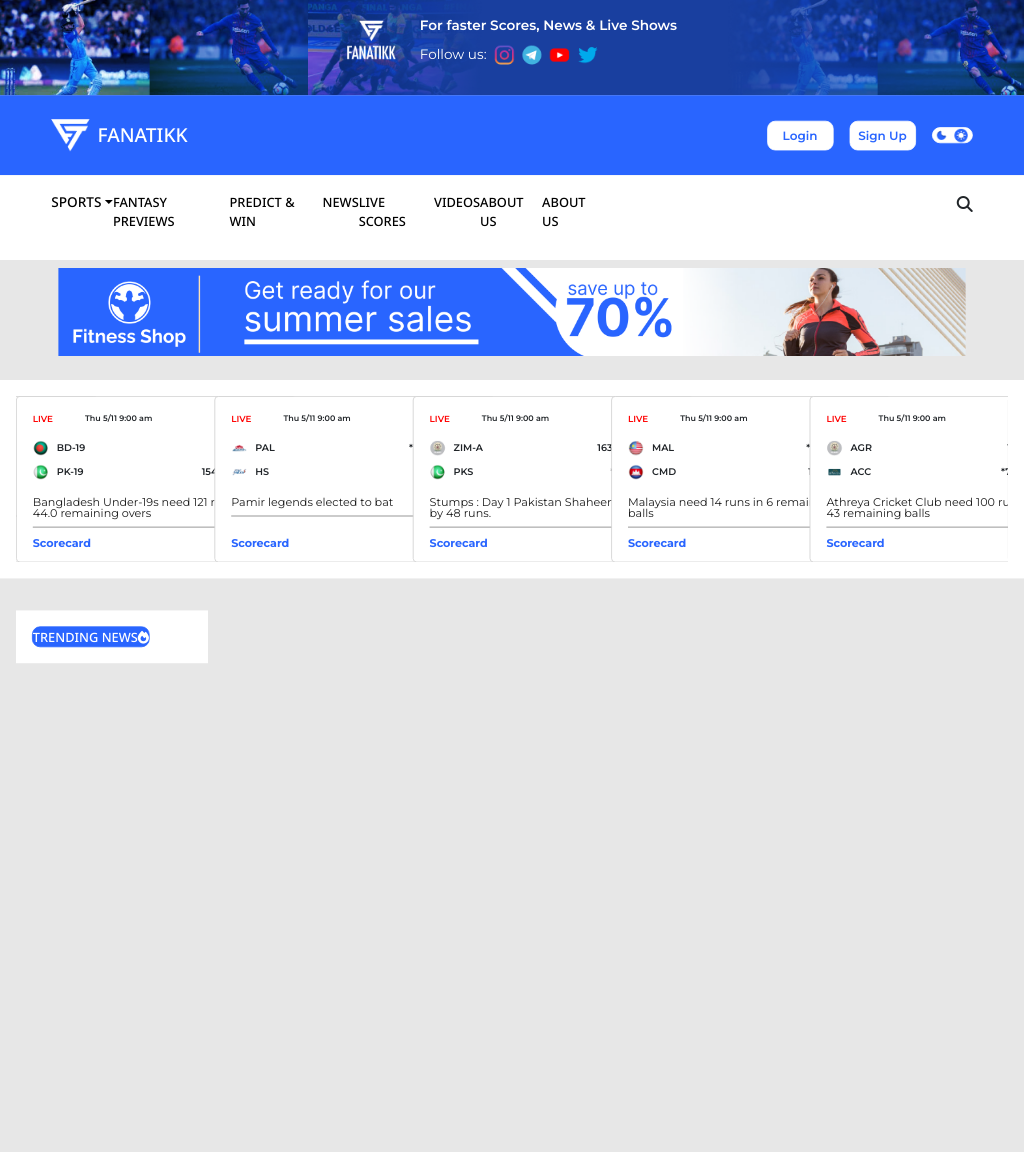
Repository: FlyweisReact/Kannapa
Page: /
These files come from the project's save history. The page is drawn as it stood at one moment and after a run of saves; the edit follows.
The browser window is 1280 px wide. The pictures show the whole page, at 80% of full size.
Some web libraries are served in a nearby version. The project was rebuilt for these pictures with package versions that can differ from the ones it lists, and the page was loaded fresh each time. Also part of the build but not shown: src/Components/Layout/Footer.js, src/Components/Sliders/Index-video-Slider.js, src/Components/firstScreen.jsx, src/Components/secondScreen.jsx, src/Components/thirdScreen.jsx, src/Components/fourthScreen.jsx, src/CSS/Footer.css.

Above is the page before, as saved 2023-06-03 13:31:03.

### public/index.html
<!DOCTYPE html>
<html lang="en">
  <head>
    <meta charset="utf-8" />
    <link rel="icon" href="%PUBLIC_URL%/favicon.ico" />
    <meta name="viewport" content="width=device-width, initial-scale=1" />
    <meta name="theme-color" content="#000000" />
    <meta
      name="description"
      content="Web site created using create-react-app"
    />
    <link rel="apple-touch-icon" href="%PUBLIC_URL%/logo192.png" />

    <link rel="manifest" href="%PUBLIC_URL%/manifest.json" />
    <link href="https://fonts.googleapis.com/css2?family=Roboto+Mono:ital,wght@1,300&display=swap" rel="stylesheet">
    <title>React App</title>
  </head>
  <body>
    <noscript>You need to enable JavaScript to run this app.</noscript>
    <div id="root"></div>
    <script src="https://code.jquery.com/jquery-3.6.0.min.js"></script>
    <script src="https://kit.fontawesome.com/b533b351e4.js" crossorigin="anonymous"></script>
  </body>
</html>

### src/index.js
import React from 'react';
import ReactDOM from 'react-dom/client';
import './index.css';
import App from './App';
import {BrowserRouter} from "react-router-dom";
import 'bootstrap/dist/css/bootstrap.min.css';
import 'slick-carousel/slick/slick.css';
import 'slick-carousel/slick/slick-theme.css';

const root = ReactDOM.createRoot(document.getElementById('root'));
root.render(
  <React.StrictMode>
    <BrowserRouter>
      <App />
    </BrowserRouter>
  </React.StrictMode>
);

### src/index.css
/* Fonts */
@font-face {
  font-family:  Noto Sans;
  src: url(../Fonts/NotoSans-Medium.ttf);
}
@font-face {
  font-family:  Montserrat;
  src: url(../Fonts/Montserrat-Italic-VariableFont_wght.ttf);
}
@font-face {
  font-family:  MontserratNormal;
  src: url(../Fonts/Montserrat-VariableFont_wght.ttf);
}
@font-face {
  font-family:  Inter;
  src: url(../Fonts/Inter-VariableFont_slnt\,wght.ttf);
}

/* Var() */
:root {
  --mediumFont: 24px;
}


body {
  margin: 0;
  font-family: NOto Sans;
  background-color: #e7e7e7 !important;
}
* {
  padding: 0;
  margin: 0;
  font-family: Noto Sans;
}
code {
  font-family:Noto Sans;
}
html{
  font-family: Noto Sans;
}

/* === first screen styling ====*/



.second1 {
  display: flex;
  justify-content: space-between;
  margin-left: 5%;
  width: 90%;
  margin-top: 30px;
  gap: 20px;
}
.second1l {
  width: 70%;
}
.second2 {
  background-color: #fff;
}
.second2 img {
  width: 100%;
}
.second2 p {
  font-family: "Segoe UI";
  font-style: normal;
  font-weight: 400;
  font-size: 19.5298px;
  line-height: 25px;
  text-align: left;
  color: #1d1d1d;
}

.second2 h2 {
  font-family: "Segoe UI";
  font-style: normal;
  font-weight: 700;
  font-size: 30.8351px;
  line-height: 53px;
  text-align: left;
  color: #1d1d1d;
}

.second2 h5 {
  font-family: "Segoe UI";
  font-style: normal;
  font-weight: 400;
  font-size: 20.6316px;
  line-height: 39px;
  text-align: left;
  color: #1d1d1d;
  margin: 5px;
}
.second2 h6 {
  text-align: left;
  font-weight: 400;
  font-size: 21.3053px;
  line-height: 29px;
  margin-top: 5px;
}
.sp {
  color: #2965ff;
}
.second1r {
  width: 30%;
}
.second3 {
  background-color: #fff;
  width: 100%;
  box-shadow: 0px 3.6px 7.2px rgba(0, 0, 0, 0.08);
  border-radius: 12px;
}
.second3 button {
  width: 123.8px;
  height: 44.2px;
  background: #2965ff;
  border-radius: 12px;
  color: #fff;
  border: none;
  margin-left: 0px;
  margin-top: 5px;
  margin-bottom: 5px;
}

.second4 {
  margin: 2px;
}
.second4 img {
  width: 100%;
  height: 200px;
  display: flex;
  flex-direction: column;
}
.second4 h6 {
  font-family: "Montserrat";
  font-style: normal;
  font-weight: 900;
  font-size: 13.2px;
  line-height: 17px;
  text-align: left;
  color: #1d1d1d;
  margin-top: 8px;
}
.second4 h3 {
  font-family: "Montserrat";
  font-style: normal;
  font-weight: 600;
  font-size: 22px;
  line-height: 31px;
  text-align: left;
  color: #1d1d1d;
  margin-top: 10px;
}

.horizontal {
  border: 1px solid #e6e6e6;
}

.second5 {
  display: flex;
  justify-content: space-between;
  margin-top: 10px;
  gap: 10px;
  width: 100%;
}
.second5l {
  width: 49%;
}
.second5r {
  width: 49%;
}
.second5l img {
  width: 100%;
  padding: 10px;
  border-radius: 12px;
}
.second5r {
  padding: 10px;
}
.second5r h6 {
  font-family: "Montserrat";
  font-style: normal;
  font-weight: 900;
  font-size: 13.2px;
  line-height: 17px;
  text-align: left;
  color: #1d1d1d;
}
.second5r p {
  font-family: "Montserrat";
  font-style: normal;
  font-weight: 600;
  font-size: 20.6px;
  line-height: 26px;
  text-align: left;
  color: #1d1d1d;
  margin-top: 5px;
}

.second6 {
  margin-top: 20px;
  width: 100%;
}
.second6 img {
  width: 100%;
}
.sec3 {
  margin-top: 40px;
}
.sec2 {
  margin-top: 40px;
}

.third1 {
  display: block;
  justify-content: center;
  gap: 20px;
  width: 90%;
  margin: auto;
  margin-top: 40px;

  background-color: #fff;
}
.third2 {
  width: 10%;
  height: 40px;
  background: #2965ff;
  border-radius: 4px;
  border: none;
  margin-top: 10px;
  margin-bottom: 10px;
  margin-right: 10px;
  color: #fff;
  font-family: "Noto Sans";
  font-style: normal;
  font-weight: 700;
  font-size: 14px;
  line-height: 19px;
  color: #ffffff;
}

.third3 {
  width: 10%;
  height: 40px;
  background: #bfbfbf;
  border-radius: 4px;
  border: none;
  margin-top: 10px;
  margin-bottom: 10px;
  margin-right: 10px;
  color: #fff;
  font-family: "Noto Sans";
  font-style: normal;
  font-weight: 700;
  font-size: 14px;
  line-height: 19px;
  color: #1d1d1d;
}

.third4 {
  display: flex;
  gap: 20px;
  justify-content: space-between;
  width: 90%;
  margin: auto;
  margin-top: 30px;
}
.third4l {
  width: 70%;
}
.third4r {
  width: 30%;
}
.third5 {
  display: flex;
  justify-content: space-between;
  background-color: #fff;
  height: 40px;
}
.third5 p {
  font-family: "Montserrat";
  font-style: normal;
  font-weight: 600;
  font-size: 16.7639px;
  line-height: 35px;
  margin-left: 20px;
  color: #1d1d1d;
  margin-bottom: 5px;
  margin-top: 10;
}
.third5 button {
  width: 10%;
  background: #2965ff;
  border-radius: 4px;
  border: none;
  color: #fff;
  height: 35px;
}
.third6 {
  display: grid;
  grid-template-columns: auto auto;
  margin-top: 20px;
  gap: 20px;
}
.third6itm {
  height: 100%;
  background: #ffffff;
  border: 1px solid #bfbfbf;
  box-shadow: 0px 2.21114px 4.42229px rgba(0, 0, 0, 0.08);
  border-radius: 11.0557px;
}
.third7 {
  display: flex;
  justify-content: space-between;
  width: 96%;
  margin: auto;
  margin-top: 20px;
}
.third7l {
  display: flex;
  gap: 10px;
}
.third7l img {
  height: 40px;
}
.third7 h5 {
  font-weight: 700;
  font-size: 20.478px;
  line-height: 21px;
  color: #000000;
  margin-top: 5px;
}
.third6itm h4 {
  font-family: "Arial";
  font-style: normal;
  font-weight: 600;
  font-size: 22.6891px;
  line-height: 22px;
  text-align: left;
  color: #000000;
  margin-top: 10px;
  margin-left: 6px;
}
.third6itm p {
  font-family: "Arial";
  font-weight: 400;
  font-size: 14.3724px;
  line-height: 20px;
  text-align: left;
  margin-top: 10px;
  margin-left: 6px;
  color: #2965ff;
}
.third6itm button {
  background: #2965ff;
  border-radius: 4.42229px;
  font-family: "Arial";
  font-style: normal;
  font-weight: 700;
  font-size: 24px;
  line-height: 19px;
  color: #ffffff;
  text-align: center;
  margin-top: 20px;
  width: 50%;
  height: 60px;
  border: none;
  margin-right: 46%;
}
.th5 {
  margin-top: 30px;
}

.third8 {
  background-color: #fff;
  border: 1px solid #bfbfbf;
}
.third9 {
  display: flex;
  justify-content: left;
  margin-left: 2%;
  margin-top: 10px;
}
.third9 button {
  background: #2965ff;
  border-radius: 10px;
  width: 30%;
  height: 40px;
  border: none;
  color: #fff;
}
.third10 {
  width: 95%;
  margin: auto;
  margin-top: 10px;
}
.third10 h4 {
  font-family: "Montserrat";
  font-style: normal;
  font-weight: 400;
  font-size: 24.1067px;
  line-height: 30px;
  text-align: left;
  color: #1d1d1d;
}
.third10 p {
  font-family: "Montserrat";
  font-style: normal;
  font-weight: 300;
  font-size: 14.9333px;
  line-height: 22px;
  text-align: left;
  color: #1d1d1d;
  margin-top: 12px;
}

.horizontal2 {
  width: 95%;
  margin: auto;
  border: 1px solid #bfbfbf;
  margin-top: 20px;
}
.third11 {
  margin-top: 20px;
  margin-bottom: 20px;
  font-family: "Montserrat";
  font-style: normal;
  font-weight: 700;
  font-size: 30.52px;
  line-height: 32px;
  color: #2965ff;
}

.third12 {
  margin-top: 30px;
  width: 100%;
}
.third12 img {
  width: 100%;
}

.third13 {
  margin-top: 30px;
  background-color: #fff;
}
.third14 {
  margin-top: 10px;
  width: 90%;
  margin: auto;
  display: flex;
}
.third14 button {
  border: none;
  background: #2965ff;
  border-radius: 10px;
  height: 40px;
  width: 40%;
  font-family: "Inter";
  font-style: normal;
  font-weight: 700;
  font-size: 15px;
  line-height: 25px;
  color: #ffffff;
}
.third15 {
  width: 90%;
  margin: auto;
  margin-top: 20px;
}
.third15 img {
  width: 100%;
}
.third15 h4 {
  font-family: "Montserrat";
  font-style: normal;
  font-weight: 700;
  font-size: 20.1067px;
  line-height: 26px;
  text-align: left;
  color: #1d1d1d;
  margin-top: 8px;
}
.third15 p {
  text-align: left;
  margin-top: 6px;
  font-family: "Montserrat";
  font-style: normal;
  font-weight: 300;
  font-size: 12.9333px;
  line-height: 32px;
  color: #1d1d1d;
}

.fourth1 {
  display: flex;
  width: 90%;
  margin: auto;
  margin-top: 30px;
  justify-content: space-between;
  gap: 20px;
}
.fourth1l {
  width: 70%;
}
.fourth1r {
  width: 30%;
}

.fourth2 {
  background: #0c1f4f;
}
.fourth3 {
  margin-top: 5px;
  padding-top: 10px;
  margin-left: 20px;
  display: flex;
  gap: 20px;
}
.fourth3 img {
  width: 50px;
}
.fourth3 h2 {
  font-family: "Noto Sans";
  font-style: normal;
  font-weight: 600;
  font-size: 20.04px;
  line-height: 25px;

  color: #ffffff;
}

.fourth3 p {
  font-family: "Noto Sans";
  font-style: normal;
  font-weight: 700;
  font-size: 15.48px;
  line-height: 18px;
  color: #ffffff;
  margin-bottom: 10px;
}

.fourth4 {
  background: #2965ff;
  box-shadow: 0px 1.64px 6.56px rgba(0, 0, 0, 0.08);
}

.fourth5 {
  display: flex;
  justify-content: space-between;
  margin-left: 5%;
  padding-top: 20px;
  width: 70%;
}
.fourth6 {
  display: flex;
  gap: 10px;
}
.fourth6 img {
  width: 50px;
  height: 50px;
}
.fourth6 h4 {
  margin-top: 10px;
  font-family: "Noto Sans";
  font-style: normal;
  font-weight: 700;
  font-size: 24.04px;
  line-height: 25px;
  color: #ffffff;
}
.fourth5 h2 {
  font-family: "Noto Sans";
  font-style: normal;
  font-weight: 700;
  font-size: 24.04px;
  line-height: 25px;
  color: #ffffff;
  margin-top: 10px;
}

.fourthP {
  margin-left: 15px;
  margin-top: 20px;
  padding-bottom: 20px;
  font-family: "Noto Sans";

  font-weight: 300;
  font-size: 18.3px;
  line-height: 22px;
  color: #ffffff;
}

.fourth7 {
  margin-top: 30px;
}
.fourth8 {
  width: 100%;
}
thead {
  background-color: #2965ff;
  height:30px;
  color: #fff;
}
.fourth9 {
  display: flex;
  gap: 10px;
}
.fourth9 img {
  width: 60px;
  height: 60px;
}
.fourth10 {
  display: flex;
  gap: 5px;
  flex-direction: column;
  margin-top: 12px;
}
.fourth10 h6{
  font-family: 'Noto Sans';
  font-style: normal;
  font-weight: 700;
  font-size: 15.9151px;
  line-height: 18px;
  color: #1D1D1D;
}
.fourth10 p{
  font-family: 'Noto Sans';
  font-style: normal;
  font-weight: 600;
  font-size: 13.6415px;
  line-height: 18px;

  color: rgba(29, 29, 29, 0.5);
  opacity: 0.5;
}

### src/CSS/Navbar.css
/**
 * === navbar styling ====
 *
 * @format
 */
.Stick-navbar{
    height: 100%;
    transition: box-shadow 0.3s ease;
    height: 100px;
}
.Navbar {
  display: flex;
  justify-content: space-between;
  background: #2965ff;
  padding: 20px;
  width: 100%;
  gap: 20px;
  position: fixed !important;
  top: 0;
  z-index: 999;
  transition: box-shadow 0.3s ease;
  align-items: center;
}

.Navbar .Left_Container {
  width: 30%;
}
.Navbar .Left_Container .Logo_Div {
  display: flex;
  gap: 10px;
  justify-content: center;
  align-items: center;
}
.Navbar .Left_Container .Logo_Div p {
  color: #fff;
  font-size: var(--mediumFont);
  margin: 0;
}
.Navbar .Left_Container .Logo_Div img {
  width: 47.73px;
  height: 40px;
}

.Navbar .Right_Container {
  width: 70%;
  display: flex;
  justify-content: center;
  gap: 40px;
}
.Navbar .Right_Container .Item {
  display: flex;
  justify-content: baseline;
}

.Navbar .Right_Container .Item p {
  font-size: 16px;
  cursor: pointer;
  color: #ffffff;
  padding-top: 2px;
}

.Navbar .Right_Container .Item .DropDown {
  border: none;
  color: #fff;
  font-size: 17px;
  cursor: pointer;
  color: #ffffff;
  margin: 0;
  padding: 0;
}
.Navbar .Right_Container .Item .fa-magnifying-glass {
  color: #fff;
  font-size: 18px;
  cursor: pointer;
  padding-top: 7px;
}
.Navbar .Right_Container .Item .Toggle{
  width: 51.43px;
  height: 19.03px;
  display: flex;
  justify-content: space-between;
  align-items: center;
  padding-left: 5px;
  padding-right: 5px;
  border-radius: 10px;
  background-color: #fff;
  border: 1px solid #fff;
  cursor: pointer;
  align-items: center;
  margin-top: 8px;
}


/* Header 2 */
.Header1 {
  background-image: url("../../public/Images/22.png");
  color: #ffffff;
  width: 100%;
  background-repeat: no-repeat;
  background-size: cover;
  height: 119px;
  padding: 20px;
}
.Header1 .Main {
  display: flex;
  align-items: center;
  justify-content: center;
  gap: 30px;
}
.Header1 .Main p {
  margin: 0;
}
.Header1 .Main .Head {
  font-family: MontserratNormal;
  font-weight: 600;
  font-size: 17px;
  color: #ffffff;
}

.Header1 .Main .Two {
  display: flex;
  gap: 10px;
  margin-top: 10px;
  align-items: center;
}
.Header1 .Main .Two p {
  font-family: MontserratNormal;
  font-style: normal;
  font-weight: 400;
  font-size: 17px;
  line-height: 17px;
  color: #ffffff;
}
.Header1 .Main .Social {
  display: flex;
  gap: 10px;
  align-items: center;
}

/* Fading Navbar */

.Fading_Nav {
  display: flex;
  justify-content: space-between;
  background: #2965ff;
  padding: 30px;
  width: 100%;
  gap: 20px;
  align-items: center;
  padding-left: 5%;
  padding-right: 5%;
}

.Fading_Nav .Left_Container {
  width: 30%;
}
.Fading_Nav .Left_Container .Logo_Div {
  display: flex;
  gap: 10px;
  justify-content: flex-start;
  align-items: center;
}
.Fading_Nav .Left_Container .Logo_Div p {
  color: #fff;
  font-size: var(--mediumFont);
  margin: 0;
}
.Fading_Nav .Left_Container .Logo_Div img {
  width: 47.73px;
  height: 40px;
}

.Fading_Nav .Right_Container {
  width: 70%;
  display: flex;
  justify-content: flex-end;
  gap: 20px;
  align-items: center;
}
.Fading_Nav .Right_Container button {
  font-family: MontserratNormal;
  font-style: normal;
  font-weight: 600;
  width: 83px;
  height: 37px;
  border-radius: 10px;
  font-size: 15px;
  line-height: 19px;
  color: #2965ff;
  background-color: #fff;
  border: 1px solid #fff;
  cursor: pointer;
}
.Fading_Nav .Right_Container .Toggle {
  width: 51.43px;
  height: 19.03px;
  display: flex;
  justify-content: space-between;
  align-items: center;
  padding-left: 5px;
  padding-right: 5px;
}


/* Fading Category */
.Fading_Category{
    display: flex;
    justify-content: space-between;
    padding: 20px;
    background-color: #fff;
    padding-left: 5%;
    padding-right: 5%;
}
.Fading_Category .Left_Container {
    display: flex;
    justify-content: space-between;
    width: 60%;
}

.Fading_Category .Left_Container .Item {
    display: flex;
    justify-content: baseline;
  }

  .Fading_Category .Left_Container .Item p {
    font-size: 16px;
    cursor: pointer;
    color: #000;
    padding-top: 2px;
  }

  .Fading_Category .Left_Container .Item .DropDown {
    border: none;
    font-size: 17px;
    cursor: pointer;
    color: #000;
    margin: 0;
    padding: 0;
    border: none;
  }

.Fading_Category .Right_Container i{
    font-size: 20px;
    padding-top: 7px;
}


/* Fading Effect */
.HomePage{
    min-height: 200vh;
}
.fade-out{
    opacity: 0;
    transition: opacity 0.5s;
    height: 0;
    overflow: hidden;
}
.fade-in{
    opacity: 1;
    transition: opacity 0.5s;
    height: auto;
    overflow: hidden;
    width: 100%;
}

### src/CSS/Component.css
/** @format */

/* Fading Header */

/* Home Screen */
.Index_Center_Banner {
  width: 100%;
  padding: 10px;
}

.Index_Center_Banner img {
  width: 90%;
  display: block;
  margin: auto;
}

.Index_Center_GIF {
  width: 100%;
  padding: 10px;
}

.Index_Center_GIF img {
  width: 90%;
  display: block;
  margin: auto;
  height: 500px;
}

.Index_Center_Desc {
  display: flex;
  width: 90%;
  padding: 10px;
  margin: auto;
}

.Index_Center_Desc .Main_Comp {
  text-align: left;
}
.Index_Center_Desc .Main_Comp .head {
  font-size: 36px;
  color: #1d1d1d;
  text-shadow: 0px 1px 1px rgba(37, 37, 37, 0.5);
  margin: 0;
}

.Index_Center_Desc .Main_Comp .Two_Sec {
  display: flex;
  gap: 10px;
  align-items: flex-start;
}
.Index_Center_Desc .Main_Comp .Two_Sec img {
  height: 20px;
  margin-top: 4px;
}

.Index_Center_Desc .Main_Comp .Two_Sec p {
  color: rgba(29, 29, 29, 0.6);
  text-shadow: 0px 1px 1px rgba(37, 37, 37, 0.5);
  font-style: italic;
}

.Index_Center_Desc .Main_Comp .desc p {
  font-size: 16px;
  line-height: 24px;
  align-items: center;
  color: rgba(29, 29, 29, 0.6);
  max-width: 60%;
  font-style: italic;
  margin: 0;
}
.first5 p u {
  color: #333;
}

.Index_Logo_Div {
  display: flex;
  justify-content: space-between;
  align-items: center;
  width: 90%;
  margin: auto;
  padding-top: 10px;
  padding-bottom: 10px;
}
.Index_Logo_Div .Left_Comp {
  display: flex;
  gap: 10px;
  align-items: center;
}
.Index_Logo_Div .Right_Comp img {
  cursor: pointer;
}

.Index_Video_Slider {
  width: 90%;
  display: block;
  margin: auto;
  padding-top: 10px;
  padding-bottom: 10px;
}

.Video_Slider {
  width: 100%;
  /* padding: 20px; */
  display: block;
  margin: auto;
}
.Video_Slider .Main_Item {
  background: #ffffff;
  border: 1px solid #1d1d1d;
  border-radius: 10px;
  height: 400px;
}
.Video_Slider .Main_Item img {
  width: 100%;
  border-radius: 10px 10px 0px 0px;
}
.Video_Slider .Main_Item p {
  padding: 10px;
  font-family: Montserrat;
  font-size: 15px;
  line-height: 18px;
  color: #1d1d1d;
}
.Video_Slider .Main_Item:focus {
  outline: none;
}

.Index_Center_Button {
  width: 90%;
  display: block;
  margin: auto;
  padding-top: 10px;
  padding-bottom: 10px;
  margin-top: 2%;
  position: relative;
}
.Index_Center_Button button {
  font-family: Montserrat;
  font-size: 16px;
  line-height: 20px;
  text-transform: uppercase;
  width: 256px;
  color: #ffffff;
  background: #2965ff;
  border: 1px solid #2965ff;
  border-radius: 25px;
  padding: 10px;
  display: block;
  margin: auto;
}

.Index_Center_Button .empty {
  height: 4px !important;
  position: absolute;
  top: 50%;
  left: 50%;
  transform: translate(-50%, -50%);
  z-index: -1;
  background-color: #2965ff;
  width: 100%;
}

.Index_Three_Cont {
  width: 90%;
  display: grid;
  grid-template-columns: auto auto auto;
  gap: 20px;
  margin: auto;
  padding-top: 20px;
}
.Index_Three_Cont .Main_Component .head {
  font-family: Montserrat;
  font-style: normal;
  font-weight: 700;
  font-size: 22.3418px;
  line-height: 30px;
  color: #1d1d1d;
}
.Index_Three_Cont .Main_Component img {
  width: 100%;
}
.Index_Three_Cont .Main_Component .desc {
  font-family: Montserrat;
  font-style: normal;
  font-weight: 300;
  font-size: 15.9584px;
  line-height: 40px;
}

/* Score_Card_Slider */
.ScoreCard_Slider {
  background-color: #ffffff;
  padding: 20px;
  margin-top: 20px;
  margin-bottom: 20px;
}
.ScoreCard_Slider .Main_Item {
  border: 1px solid #cfcfcf;
  background-color: #fff;
  border-radius: 5px;
  padding: 20px;
  width: 350px !important;
  height: 208px !important;
  position: relative;
}
.ScoreCard_Slider .Main_Item .two_Sec {
  display: flex;
  gap: 40px;
  align-items: center;
  margin-bottom: 20px;
}
.ScoreCard_Slider .Main_Item .two_Sec p {
  margin: 0;
  font-family: MontserratNormal;
  font-style: normal;
  font-weight: 600;
  font-size: 10px;
  line-height: 14px;
}
.ScoreCard_Slider .Main_Item .two_Sec .first {
  margin: 0;
  font-family: MontserratNormal;
  font-style: normal;
  font-weight: 600;
  font-size: 11px;
  line-height: 14px;
  color: #ff0000;
}
.ScoreCard_Slider .slick-next:before {
  display: none !important;
}

.ScoreCard_Slider .Main_Item .Flags_Div {
  display: flex;
  justify-content: space-between;
  align-items: center;
  gap: 10px;
  margin-top: 10px;
}

.ScoreCard_Slider .Main_Item .Flags_Div div {
  display: flex;
  gap: 10px;
  align-items: center;
}
.ScoreCard_Slider .Main_Item .Flags_Div div p {
  margin: 0;
  font-family: MontserratNormal;
  font-style: normal;
  font-weight: 600;
  font-size: 12px;
  line-height: 17px;
}
.ScoreCard_Slider .Main_Item .desc {
  color: #1d1d1d;
  font-family: MontserratNormal;
  font-style: normal;
  font-weight: 400;
  font-size: 14px;
  line-height: 14px;
  width: 90%;
  margin: 0;
  margin-top: 20px;
}
.ScoreCard_Slider .Main_Item .empty {
  background-color: #bfbfbf;
  width: 100%;
  height: 2px;
  margin-top: 10px;
}
.ScoreCard_Slider .Main_Item .Scorecard {
  font-family: MontserratNormal;
  font-style: normal;
  font-weight: 700;
  font-size: 14px;
  line-height: 14px;
  position: absolute;
  letter-spacing: -0.11px;
  color: #2965ff;
  bottom: 0;
}


/* Index_Three_Sec_Layout */
.Index_Three_Sec_Layout {
  width: 100%;
  padding: 20px;
  display: flex;
  gap: 20px;
}
.Index_Three_Sec_Layout  .left_Comp{
  width: 20%;
}
.Index_Three_Sec_Layout  .Mid_Comp{
  width: 60%;
}
.Index_Three_Sec_Layout  .Right_Comp{
  width: 20%;
}


.Index_Three_Sec_Layout  .left_Comp .Trading_News{
  background-color: #fff;
  padding: 20px;
}
.Index_Three_Sec_Layout  .left_Comp .Trading_News button{
  background-color: #2965FF;
  color: #fff;
  border: 1px solid #2965FF;
  text-transform: uppercase;
  border-radius: 10px;
}

### src/Components/Layout/FadingNav/Header1.js
/** @format */

import React from "react";

const Header1 = () => {
  return (
    <>
      <div className="Header1">
        <div className="Main">
          <img src="./Images/23.png" alt="" />

          <div>
          <p className="Head">For faster Scores, News & Live Shows</p>

          <div className="Two">
            <p>Follow us: </p>
            <div className="Social">
              <img src="./Images/12.png" alt="" />
              <img src="./Images/13.png" alt="" />
              <img src="./Images/14.png" alt="" />
              <img src="./Images/15.png" alt="" />
            </div>
          </div>
          </div>

        </div>
      </div>
    </>
  );
};

export default Header1;

Loaded but not shown: src/App.css (common file); src/Components/Sliders/ScoreCard.js (443 lines, source omitted); src/Components/Layout/Navbar.js (71 lines, source omitted); src/Pages/HomeScreen.js (66 lines, source omitted); src/Components/Layout/FadingNav/FadingCategory.js (57 lines, source omitted); src/App.js (32 lines, source omitted); src/Components/Layout/FadingNav/FadingNav.js (27 lines, source omitted)

After the next 2 saves:
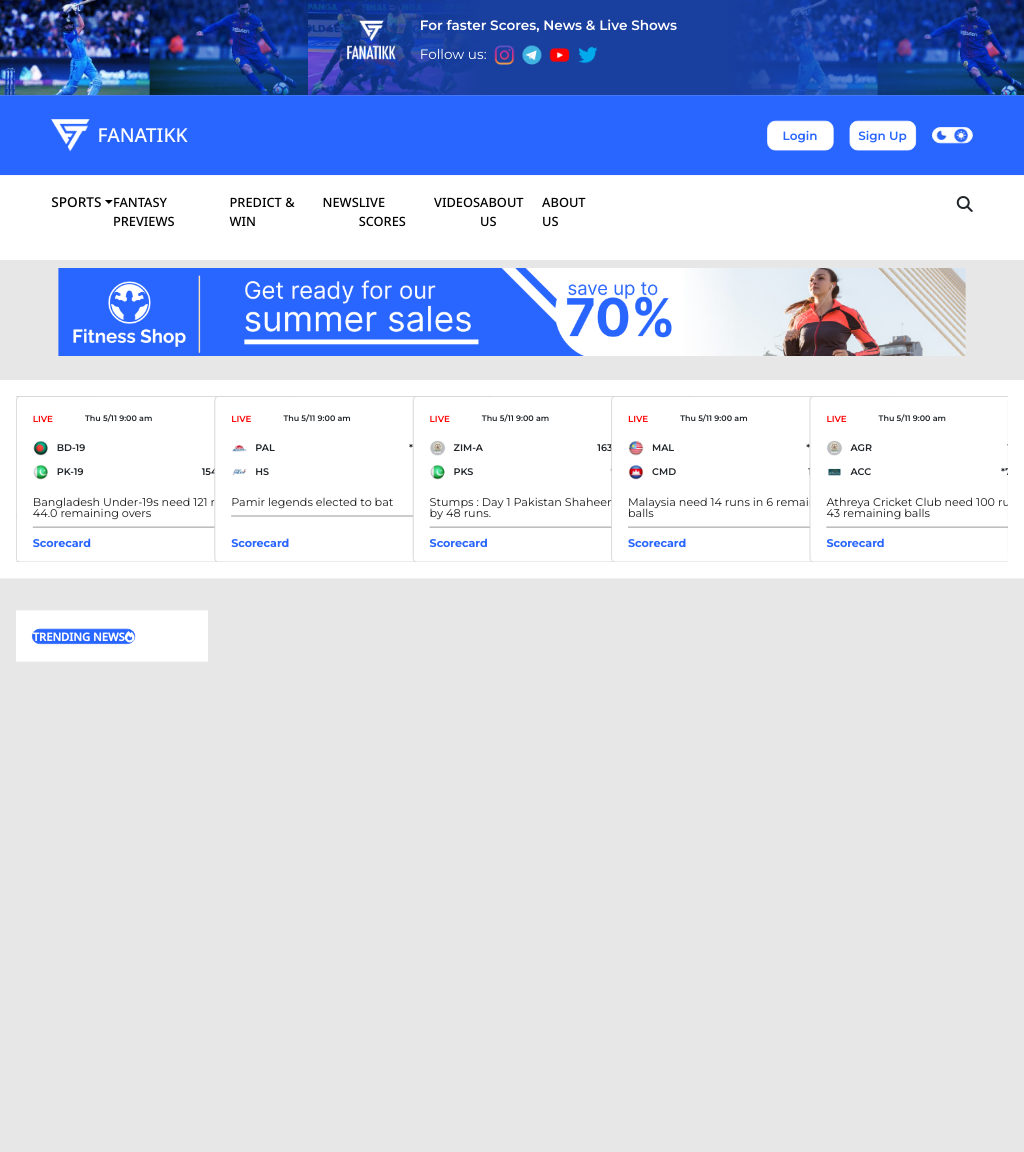
The 2 saves are shown as one change because they came seconds apart.
The last was saved 13 s later.
--- a/src/CSS/Component.css
+++ b/src/CSS/Component.css
@@ -309,4 +309,8 @@
   border: 1px solid #2965FF;
   text-transform: uppercase;
   border-radius: 10px;
-}
+  font-style: normal;
+font-weight: 600;
+font-size: 14px;
+line-height: 17px;
+}
